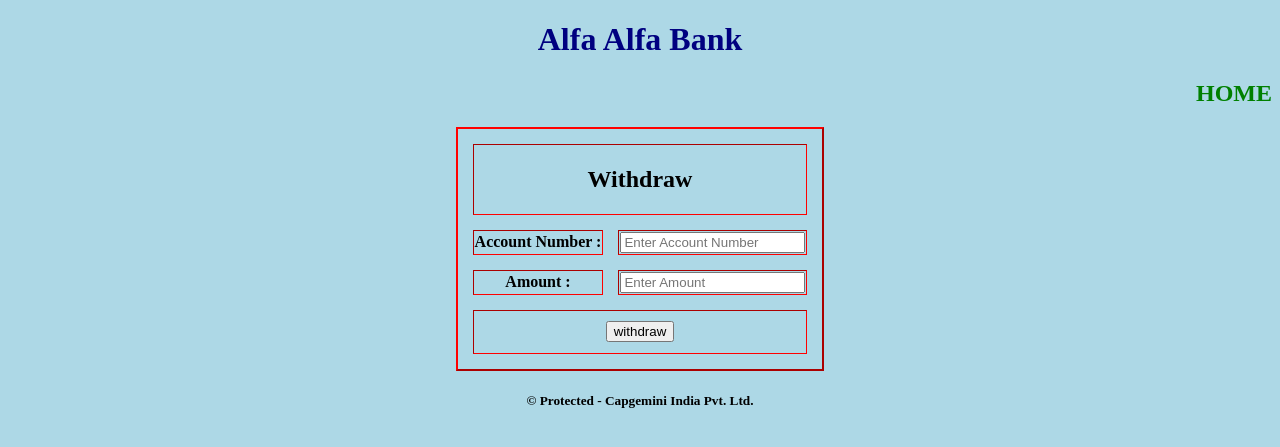
Repository: Rccalfa123/OnlineBankingApp
Page: http://localhost/AlfaAlfaBankApp/withdrawForm.jsp
An editor plug-in stored every save of this project. The page is shown before and after the next save, followed by the edit.
The browser window is 1280 px wide. The pictures show the whole page.
The page is served by Tomcat 9.

Above is the page before, as saved 2018-08-13 15:20:27.

After the next save:
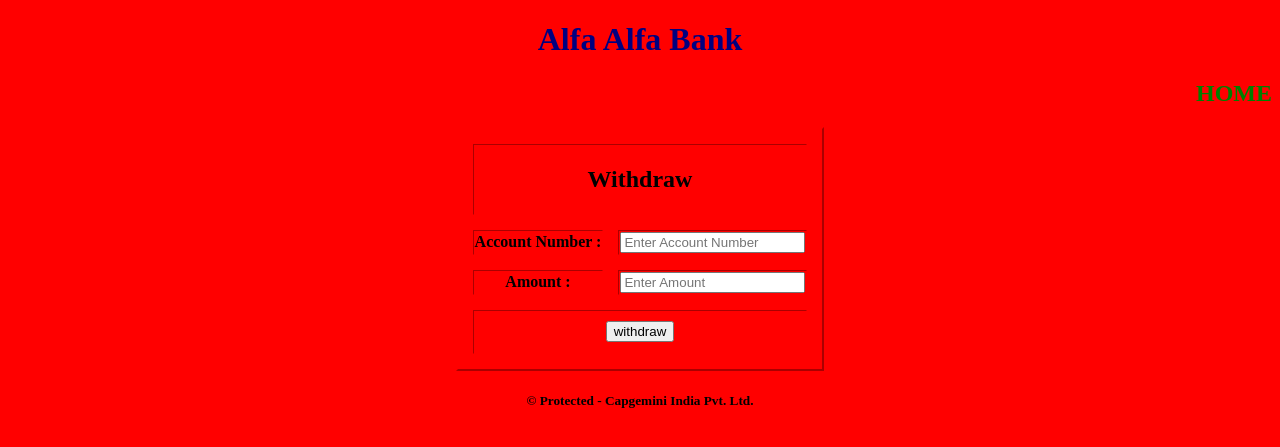
Saved 3 min 10 s later.
--- a/AlfaAlfaBankApp/WebContent/mystyle.css
+++ b/AlfaAlfaBankApp/WebContent/mystyle.css
@@ -1,7 +1,7 @@
 @charset "ISO-8859-1";
 
 body {
-    background-color: lightblue;
+    background-color: red;
 }
 
 h1 {
